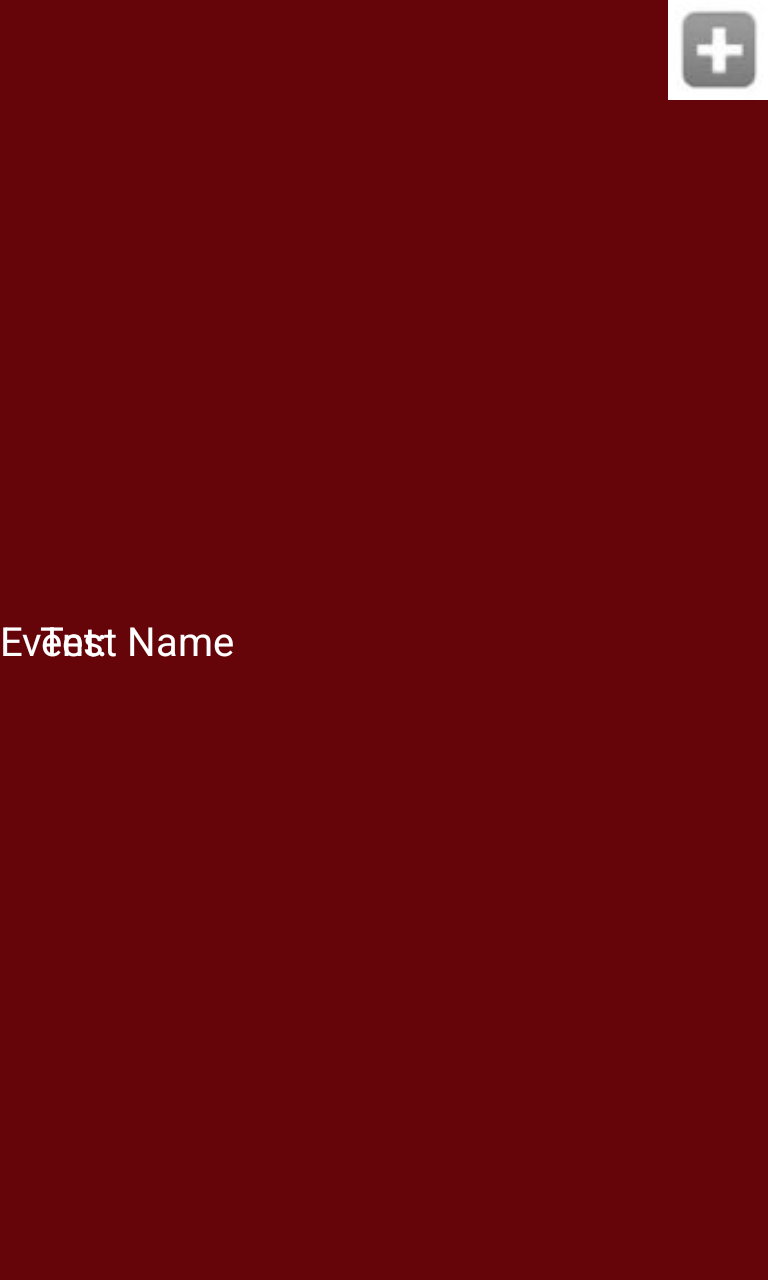
Repository: jannelg92/ANDROIDAPP
Layout: GEOINNOVATION/TAMUgis-dayEvents/res/layout/event_calendar_item.xml
The author's editor kept a copy of each file at every save. The layout is drawn from the files as they stood at one save, then again after the next save.
It is drawn on a 768 x 1280 px phone screen (xhdpi) without system bars, with theme AppTheme; the app's code is not run. The app's manifest (not shown) leaves right-to-left support off. So textAlignment, textDirection and layoutDirection are ignored, and left and right values win over start and end ones.

Above is the layout before, as saved 2014-04-23 02:41:12.

### GEOINNOVATION/TAMUgis-dayEvents/res/layout/event_calendar_item.xml
<?xml version="1.0" encoding="utf-8"?>
<RelativeLayout xmlns:android="http://schemas.android.com/apk/res/android"
    android:layout_width="match_parent"
    android:layout_height="50dp"
    android:id="@+id/eventCalendarListitem"
    android:layout_marginBottom="60dp"
    android:orientation="horizontal"
    android:background="@drawable/offmaroon_back" >

           <!-- icon -->

		   <TextView
		       android:id="@+id/event_label"
		       android:layout_width="wrap_content"
		       android:layout_height="wrap_content"
		       android:layout_centerVertical="true"
		       android:text="Event: "
		       android:textAlignment="center"
		       android:textColor="#ffffff"
		       android:textSize="@dimen/mid_text" />

		      <!-- icon -->

		   <TextView
		       android:id="@+id/event_name"
		       android:layout_width="wrap_content"
		       android:layout_height="wrap_content"
		       android:layout_centerVertical="true"
		       android:drawablePadding="10dp"
		       android:text="    Test Name   "
		       android:textColor="#ffffff"
		       android:textSize="@dimen/mid_text" />

		 <TextView
		     android:id="@+id/event_date"
		     android:layout_width="wrap_content"
		     android:layout_height="wrap_content"
		     android:layout_toRightOf="@id/event_name"
		     android:layout_centerVertical="true"
		     android:textSize="@dimen/mid_text"
		     android:textColor="#ffffff" />

		 <!-- icon -->

		  <Button
		      android:id="@+id/event_more"
		      android:layout_width="50dp"
		      android:layout_height="50dp"
		      android:layout_alignParentRight="true"
		      android:layout_alignParentTop="true"
		      android:drawablePadding="10dp"
		      android:src="@drawable/plus_square"
		      android:background="@drawable/plus_square" />

</RelativeLayout>

### GEOINNOVATION/TAMUgis-dayEvents/res/values/dimens.xml
<resources>

   <dimen name="activity_horizontal_margin">16dp</dimen>
    <dimen name="activity_vertical_margin">16dp</dimen>

    <dimen name="big_text">28dip</dimen>
    <dimen name="mid_text">20dip</dimen>
    <dimen name="small_text">16dip</dimen>
    <dimen name="return_w">50dp</dimen>
    <dimen name="return_h">50dp</dimen>
    <dimen name="text_sizeW">70dp </dimen>
    <dimen name="text_sizeH">70dp</dimen>
    <dimen name="button_w">200dp </dimen>
    <dimen name="button_h">60dp </dimen>
    <!--
         Per the design guidelines, navigation drawers should be between 240dp and 320dp:
         https://developer.android.com/design/patterns/navigation-drawer.html
    -->
    <dimen name="navigation_drawer_width">277dp</dimen>

</resources>

Loaded but not shown: GEOINNOVATION/TAMUgis-dayEvents/res/values/styles.xml (common file); GEOINNOVATION/TAMUgis-dayEvents/res/values-v11/styles.xml (common file); GEOINNOVATION/TAMUgis-dayEvents/res/values-v14/styles.xml (common file)

After the next save:
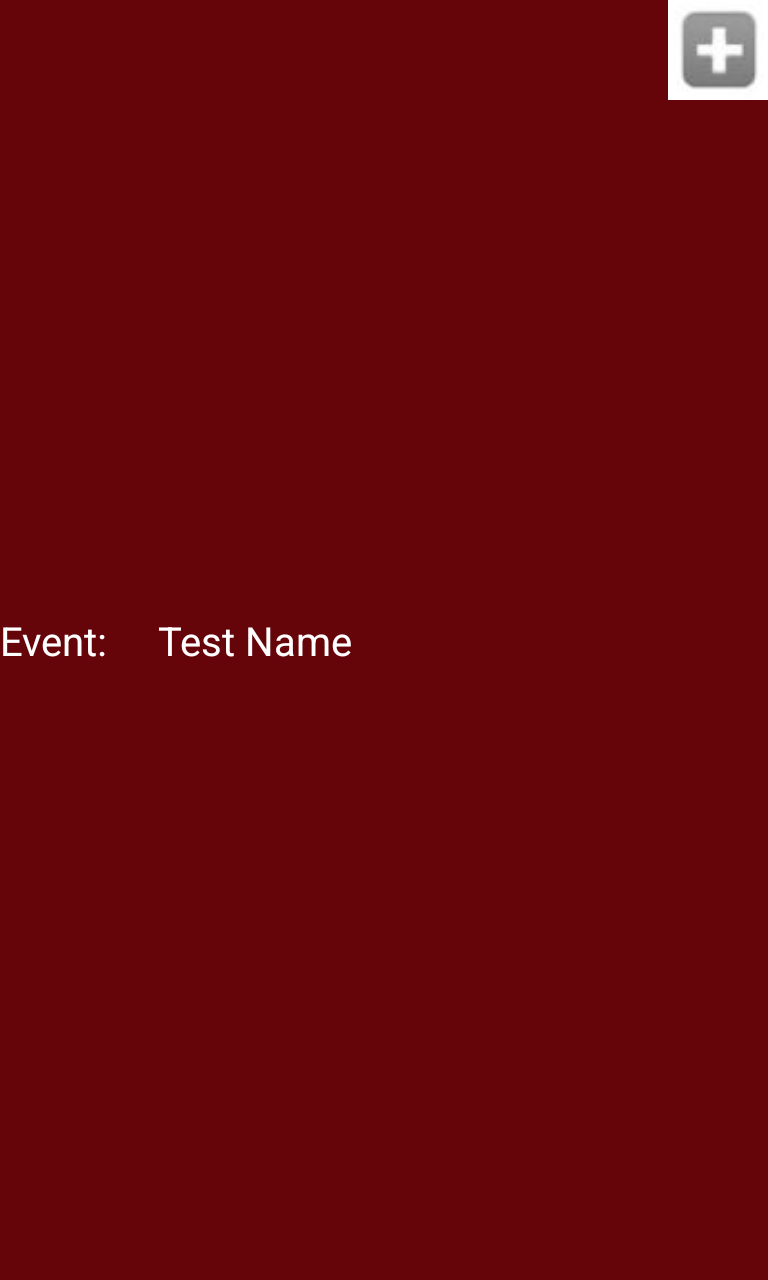
Saved 18 s later.
--- a/GEOINNOVATION/TAMUgis-dayEvents/res/layout/event_calendar_item.xml
+++ b/GEOINNOVATION/TAMUgis-dayEvents/res/layout/event_calendar_item.xml
@@ -25,6 +25,7 @@
 		       android:id="@+id/event_name"
 		       android:layout_width="wrap_content"
 		       android:layout_height="wrap_content"
+		       android:layout_toRightOf="@id/event_label"
 		       android:layout_centerVertical="true"
 		       android:drawablePadding="10dp"
 		       android:text="    Test Name   "
